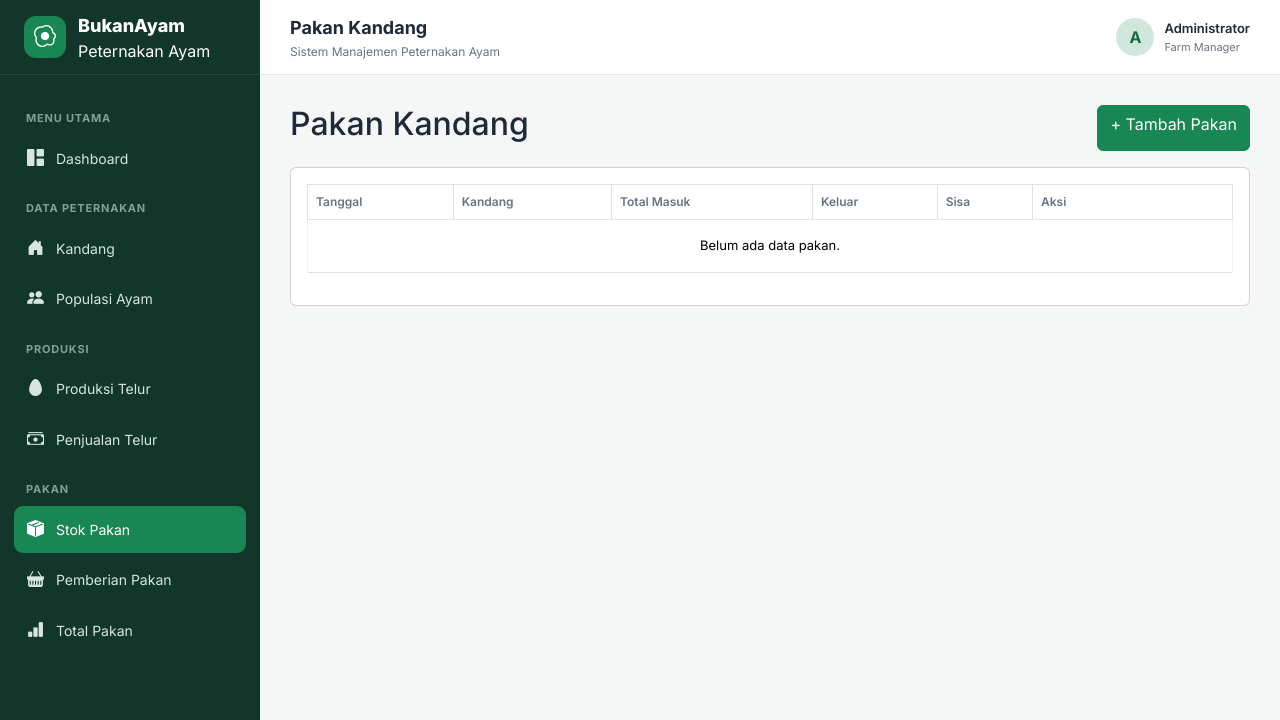
Repository: syafira-nur25/bukanayampart1
Page: http://localhost/pakan-kandang
These files come from the project's save history. The page is drawn as it stood at one moment and after the next save; the edit follows.
The browser window is 1280 px wide. The pictures show the whole page.
The page is served by the project's Laravel application, run on PHP 8.4 with Laravel 12. Other server files are loaded and not shown. Queries for data that is not in the repository find no rows.

Above is the page before, as saved 2026-08-14 09:29:32.

### routes/web.php
<?php

use Illuminate\Support\Facades\Route;
use App\Http\Controllers\KandangController;
use App\Http\Controllers\PopulasiController;
use App\Http\Controllers\ProduksiTelurController;
use App\Http\Controllers\PenjualanTelurController;
use App\Http\Controllers\PakanKandangController;
use App\Http\Controllers\PemberianPakanController;
use App\Http\Controllers\TotalPakanController;
use App\Http\Controllers\DashboardController;
use App\Http\Controllers\Manpower\LaporanHarianController;
use App\Http\Controllers\ProfileController;

Route::get('/', [DashboardController::class, 'index'])
    ->name('dashboard');

Route::resource('kandang', KandangController::class);

Route::resource('populasi', PopulasiController::class);

Route::resource('produksi-telur', ProduksiTelurController::class);

Route::resource('penjualan-telur', PenjualanTelurController::class);

Route::resource('pakan-kandang', PakanKandangController::class);

Route::resource('pemberian-pakan', PemberianPakanController::class);

Route::resource('total-pakan', TotalPakanController::class);

Route::get('/profile/edit', [ProfileController::class, 'edit'])
    ->name('profile.edit');

### app/Http/Controllers/PakanKandangController.php
<?php

namespace App\Http\Controllers;

use App\Models\Kandang;
use App\Models\PakanKandang;
use Illuminate\Http\Request;

class PakanKandangController extends Controller
{
    public function index()
    {
        $pakans = PakanKandang::with('kandang')
            ->latest('tanggal')
            ->get();

        return view('pakan_kandang.index', compact('pakans'));
    }

    public function create()
    {
        $kandangs = Kandang::all();

        // Tambahkan ini agar $pakans tidak undefined saat dipanggil di create.blade.php
        $pakans = PakanKandang::with('kandang')->latest('tanggal')->get();

        return view('pakan_kandang.create', compact('kandangs', 'pakans'));
    }

    public function store(Request $request)
    {
        $validated = $request->validate([
            'tanggal' => 'required|date',
            'total_masuk' => 'required|numeric|min:0',
            'kandang_id' => 'required|exists:kandang,id',
            'keluar' => 'required|numeric|min:0',
            'sisa' => 'required|numeric|min:0',
        ]);

        PakanKandang::create($validated);

        return redirect()
            ->route('pakan-kandang.index')
            ->with('success', 'Data pakan berhasil ditambahkan.');
    }

    public function show(PakanKandang $pakanKandang)
    {
        $pakanKandang->load([
            'kandang',
            'totalPakan',
        ]);

        return view(
            'pakan_kandang.show',
            compact('pakanKandang')
        );
    }

    public function edit(PakanKandang $pakanKandang)
    {
        $kandangs = Kandang::all();

        return view('pakan_kandang.edit', compact(
            'pakanKandang',
            'kandangs'
        ));
    }

    public function update(
        Request $request,
        PakanKandang $pakanKandang
    ) {
        $validated = $request->validate([
            'tanggal' => 'required|date',
            'total_masuk' => 'required|numeric|min:0',
            'kandang_id' => 'required|exists:kandang,id',
            'keluar' => 'required|numeric|min:0',
            'sisa' => 'required|numeric|min:0',
        ]);

        $pakanKandang->update($validated);

        return redirect()
            ->route('pakan-kandang.index')
            ->with('success', 'Data pakan berhasil diperbarui.');
    }

    public function destroy(PakanKandang $pakanKandang)
    {
        $pakanKandang->delete();

        return redirect()
            ->route('pakan-kandang.index')
            ->with('success', 'Data pakan berhasil dihapus.');
    }
}

### app/Models/PakanKandang.php
<?php

namespace App\Models;

use Illuminate\Database\Eloquent\Model;
use Illuminate\Database\Eloquent\Relations\BelongsTo;
use Illuminate\Database\Eloquent\Relations\HasMany;

class PakanKandang extends Model
{
    protected $table = 'pakan_kandang';

    protected $fillable = [
        'tanggal',
        'total_masuk',
        'kandang_id',
        'keluar',
        'sisa',
    ];

    protected $casts = [
        'tanggal' => 'date',
        'total_masuk' => 'decimal:2',
        'keluar' => 'decimal:2',
        'sisa' => 'decimal:2',
    ];

    public function kandang(): BelongsTo
    {
        return $this->belongsTo(
            Kandang::class,
            'kandang_id'
        );
    }

    public function totalPakan(): HasMany
    {
        return $this->hasMany(
            TotalPakan::class,
            'pakan_kandang_id'
        );
    }
}

### resources/views/pakan_kandang/index.blade.php
@extends('layouts.app')

@section('title', 'Pakan Kandang')

@section('content')

<div class="d-flex justify-content-between mb-3">
    <h2>Pakan Kandang</h2>
    <a href="{{ route('pakan-kandang.create') }}" class="btn btn-primary">
        + Tambah Pakan
    </a>
</div>

<div class="card">
    <div class="card-body">
        <table class="table table-bordered align-middle">
            <thead>
                <tr>
                    <th>Tanggal</th>
                    <th>Kandang</th>
                    <th>Total Masuk</th>
                    <th>Keluar</th>
                    <th>Sisa</th>
                    <th width="200px">Aksi</th>
                </tr>
            </thead>
            <tbody>
                @forelse($pakans as $pakan)
                <tr>
                    <td>{{ $pakan->tanggal->format('d-m-Y') }}</td>
                    <td>{{ $pakan->kandang->nama ?? '-' }}</td>
                    <td>{{ $pakan->total_masuk }} Kg</td>
                    <td>{{ $pakan->keluar }} Kg</td>
                    <td>{{ $pakan->sisa }} Kg</td>
                    <td>
                        <a href="{{ route('pakan-kandang.show', $pakan) }}" class="btn btn-sm btn-info">
                            Detail
                        </a>
                        <a href="{{ route('pakan-kandang.edit', $pakan) }}" class="btn btn-sm btn-warning">
                            Edit
                        </a>
                        <form action="{{ route('pakan-kandang.destroy', $pakan) }}" method="POST" class="d-inline">
                            @csrf
                            @method('DELETE')
                            <button class="btn btn-sm btn-danger" onclick="return confirm('Hapus data pakan?')">
                                Hapus
                            </button>
                        </form>
                    </td>
                </tr>
                @empty
                <tr>
                    <td colspan="6" class="text-center py-3">
                        Belum ada data pakan.
                    </td>
                </tr>
                @endforelse
            </tbody>
        </table>
    </div>
</div>

@endsection

### resources/views/layouts/app.blade.php
<!DOCTYPE html>
<html lang="id">

<head>
    <meta charset="UTF-8">

    <meta
        name="viewport"
        content="width=device-width, initial-scale=1.0"
    >

    <title>
        @yield('title', 'Farm Management')
    </title>

    <link
        href="https://cdn.jsdelivr.net/npm/bootstrap@5.3.3/dist/css/bootstrap.min.css"
        rel="stylesheet"
    >

    <link
        href="https://cdn.jsdelivr.net/npm/bootstrap-icons@1.11.3/font/bootstrap-icons.css"
        rel="stylesheet"
    >

    <link
        rel="preconnect"
        href="https://fonts.googleapis.com"
    >

    <link
        rel="preconnect"
        href="https://fonts.gstatic.com"
        crossorigin
    >

    <link
        href="https://fonts.googleapis.com/css2?family=Inter:wght@400;500;600;700;800&display=swap"
        rel="stylesheet"
    >

    <style>

        :root {
            --primary: #198754;
            --primary-dark: #146c43;
            --sidebar: #12372a;
            --sidebar-hover: #1c4d3b;
            --background: #f5f7f6;
            --card: #ffffff;
            --text: #1f2937;
            --muted: #6b7280;
            --border: #e5e7eb;
        }

        * {
            box-sizing: border-box;
        }

        body {
            margin: 0;
            font-family: 'Inter', sans-serif;
            background: var(--background);
            color: var(--text);
        }

        /* SIDEBAR */

        .sidebar {
            width: 260px;
            height: 100vh;

            position: fixed;
            left: 0;
            top: 0;

            background: var(--sidebar);
            color: white;

            z-index: 1000;

            transition: 0.3s;
        }

        .brand {
            height: 75px;

            display: flex;
            align-items: center;

            padding: 0 24px;

            border-bottom: 1px solid rgba(255,255,255,0.08);
        }

        .brand-icon {
            width: 42px;
            height: 42px;

            display: flex;
            align-items: center;
            justify-content: center;

            background: #198754;
            border-radius: 12px;

            font-size: 22px;

            margin-right: 12px;
        }

        .brand-title {
            font-size: 18px;
            font-weight: 800;
        }

        .brand-subtitle {
            font-size: 11px;
            color: #9fb8ad;
        }

        .sidebar-content {
            padding: 20px 14px;
        }

        .menu-title {
            font-size: 11px;
            font-weight: 700;

            color: #7fa294;

            text-transform: uppercase;

            padding: 15px 12px 8px;

            letter-spacing: 0.8px;
        }

        .sidebar a {
            color: #d7e5df;

            text-decoration: none;

            display: flex;
            align-items: center;

            gap: 12px;

            padding: 11px 13px;

            border-radius: 9px;

            margin-bottom: 3px;

            font-size: 14px;

            transition: 0.2s;
        }

        .sidebar a:hover {
            background: var(--sidebar-hover);
            color: white;
        }

        .sidebar a.active {
            background: var(--primary);
            color: white;
        }

        .sidebar a i {
            font-size: 17px;
        }

        /* MAIN */

        .main {
            margin-left: 260px;
            min-height: 100vh;
        }

        /* TOPBAR */

        .topbar {
            height: 75px;

            background: white;

            border-bottom: 1px solid var(--border);

            display: flex;
            align-items: center;
            justify-content: space-between;

            padding: 0 30px;
        }

        .page-title {
            font-size: 18px;
            font-weight: 700;
        }

        .page-subtitle {
            font-size: 12px;
            color: var(--muted);
            margin-top: 2px;
        }

        .profile {
            display: flex;
            align-items: center;
            gap: 10px;
        }

        .profile-avatar {
            width: 38px;
            height: 38px;

            display: flex;
            align-items: center;
            justify-content: center;

            background: #d1e7dd;

            color: var(--primary-dark);

            border-radius: 50%;

            font-weight: 700;
        }

        /* CONTENT */

        .content {
            padding: 30px;
        }

        /* CARDS */

        .stat-card {
            background: white;

            border: 1px solid var(--border);

            border-radius: 16px;

            padding: 20px;

            height: 100%;

            transition: 0.2s;
        }

        .stat-card:hover {
            transform: translateY(-2px);

            box-shadow:
                0 8px 25px rgba(0,0,0,0.06);
        }

        .stat-top {
            display: flex;
            justify-content: space-between;
            align-items: center;
        }

        .stat-icon {
            width: 45px;
            height: 45px;

            display: flex;
            align-items: center;
            justify-content: center;

            border-radius: 12px;

            font-size: 20px;
        }

        .icon-green {
            background: #d1e7dd;
            color: #146c43;
        }

        .icon-blue {
            background: #cfe2ff;
            color: #084298;
        }

        .icon-yellow {
            background: #fff3cd;
            color: #997404;
        }

        .icon-red {
            background: #f8d7da;
            color: #842029;
        }

        .stat-label {
            color: var(--muted);
            font-size: 13px;
            margin-top: 16px;
        }

        .stat-value {
            font-size: 27px;
            font-weight: 800;
            margin-top: 4px;
        }

        .stat-description {
            color: var(--muted);
            font-size: 11px;
            margin-top: 4px;
        }

        /* PANEL */

        .panel {
            background: white;

            border: 1px solid var(--border);

            border-radius: 16px;

            padding: 22px;

            height: 100%;
        }

        .panel-header {
            display: flex;

            align-items: center;
            justify-content: space-between;

            margin-bottom: 20px;
        }

        .panel-title {
            font-size: 16px;
            font-weight: 700;
        }

        .panel-link {
            color: var(--primary);

            text-decoration: none;

            font-size: 13px;
            font-weight: 600;
        }

        /* TABLE */

        .table {
            vertical-align: middle;
        }

        .table thead th {
            font-size: 12px;

            color: var(--muted);

            font-weight: 600;

            border-bottom: 1px solid var(--border);
        }

        .table tbody td {
            font-size: 13px;

            border-color: #f0f1f2;
        }

        .badge-status {
            padding: 6px 10px;

            border-radius: 20px;

            font-size: 11px;

            font-weight: 600;
        }

        .badge-success {
            background: #d1e7dd;
            color: #146c43;
        }

        .badge-warning {
            background: #fff3cd;
            color: #997404;
        }

        /* BUTTON */

        .btn-primary {
            background: var(--primary);
            border-color: var(--primary);
        }

        .btn-primary:hover {
            background: var(--primary-dark);
            border-color: var(--primary-dark);
        }

        /* MOBILE */

        @media (max-width: 991px) {

            .sidebar {
                transform: translateX(-100%);
            }

            .sidebar.show {
                transform: translateX(0);
            }

            .main {
                margin-left: 0;
            }

            .content {
                padding: 20px;
            }

            .topbar {
                padding: 0 20px;
            }

        }

    </style>

    @stack('styles')

</head>

<body>

<!-- SIDEBAR -->

<aside class="sidebar" id="sidebar">

    <div class="brand">

        <div class="brand-icon">
            <i class="bi bi-egg-fried"></i>
        </div>

        <div>
            <div class="brand-title">
                BukanAyam
            </div>

            <div clManagementass="brand-subtitle">
                Peternakan Ayam
            </div>
        </div>

    </div>

    <div class="sidebar-content">

        <div class="menu-title">
            Menu Utama
        </div>

        <a
            href="{{ url('/') }}"
            class="{{ request()->is('/') ? 'active' : '' }}"
        >
            <i class="bi bi-grid-1x2-fill"></i>
            Dashboard
        </a>


        <div class="menu-title">
            Data Peternakan
        </div>

        <a
            href="{{ route('kandang.index') }}"
            class="{{ request()->is('kandang*') ? 'active' : '' }}"
        >
            <i class="bi bi-house-door-fill"></i>
            Kandang
        </a>

        <a
            href="{{ route('populasi.index') }}"
            class="{{ request()->is('populasi*') ? 'active' : '' }}"
        >
            <i class="bi bi-people-fill"></i>
            Populasi Ayam
        </a>


        <div class="menu-title">
            Produksi
        </div>

        <a
            href="{{ route('produksi-telur.index') }}"
            class="{{ request()->is('produksi-telur*') ? 'active' : '' }}"
        >
            <i class="bi bi-egg-fill"></i>
            Produksi Telur
        </a>

        <a
            href="{{ route('penjualan-telur.index') }}"
            class="{{ request()->is('penjualan-telur*') ? 'active' : '' }}"
        >
            <i class="bi bi-cash-stack"></i>
            Penjualan Telur
        </a>


        <div class="menu-title">
            Pakan
        </div>

        <a
            href="{{ route('pakan-kandang.index') }}"
            class="{{ request()->is('pakan-kandang*') ? 'active' : '' }}"
        >
            <i class="bi bi-box-seam-fill"></i>
            Stok Pakan
        </a>

        <a
            href="{{ route('pemberian-pakan.index') }}"
            class="{{ request()->is('pemberian-pakan*') ? 'active' : '' }}"
        >
            <i class="bi bi-basket-fill"></i>
            Pemberian Pakan
        </a>

        <a
            href="{{ route('total-pakan.index') }}"
            class="{{ request()->is('total-pakan*') ? 'active' : '' }}"
        >
            <i class="bi bi-bar-chart-fill"></i>
            Total Pakan
        </a>

    </div>

</aside>


<!-- MAIN -->

<div class="main">

    <!-- TOPBAR -->

    <header class="topbar">

        <div>

            <div class="page-title">
                @yield('title', 'Dashboard')
            </div>

            <div class="page-subtitle">
                Sistem Manajemen Peternakan Ayam
            </div>

        </div>

        <div class="profile">

            <div class="profile-avatar">
                A
            </div>

            <div class="d-none d-md-block">

                <div style="font-size:13px;font-weight:600;">
                    Administrator
                </div>

                <div style="font-size:11px;color:#6b7280;">
                    Farm Manager
                </div>

            </div>

        </div>

    </header>


    <!-- CONTENT -->

    <main class="content">

        @if(session('success'))

            <div class="alert alert-success border-0 shadow-sm">
                <i class="bi bi-check-circle-fill me-2"></i>
                {{ session('success') }}
            </div>

        @endif


        @if($errors->any())

            <div class="alert alert-danger border-0 shadow-sm">

                <strong>
                    Terjadi kesalahan:
                </strong>

                <ul class="mb-0 mt-2">

                    @foreach($errors->all() as $error)

                        <li>
                            {{ $error }}
                        </li>

                    @endforeach

                </ul>

            </div>

        @endif


        @yield('content')

    </main>

</div>


<script
    src="https://cdn.jsdelivr.net/npm/bootstrap@5.3.3/dist/js/bootstrap.bundle.min.js">
</script>

@stack('scripts')

</body>

</html>

Loaded but not shown: app/Http/Controllers/Controller.php (common file)

After the next save:
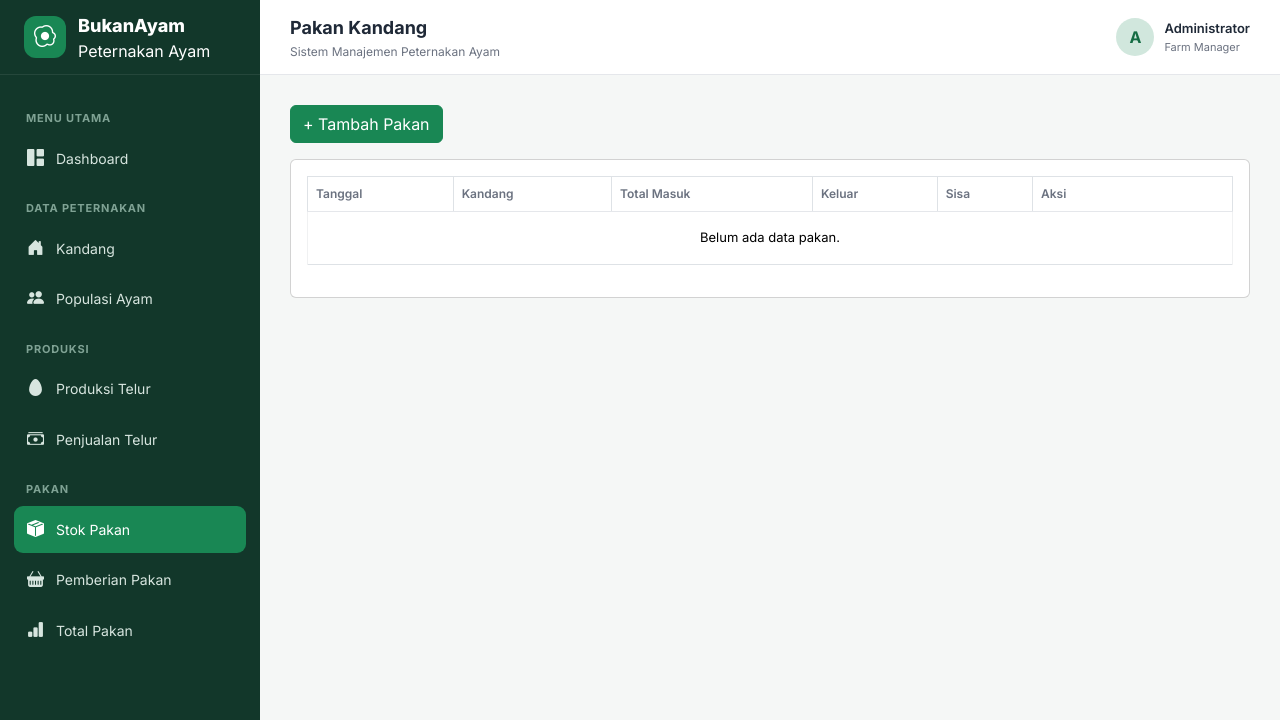
Saved 31 s later.
--- a/resources/views/pakan_kandang/index.blade.php
+++ b/resources/views/pakan_kandang/index.blade.php
@@ -5,7 +5,6 @@
 @section('content')
 
 <div class="d-flex justify-content-between mb-3">
-    <h2>Pakan Kandang</h2>
     <a href="{{ route('pakan-kandang.create') }}" class="btn btn-primary">
         + Tambah Pakan
     </a>
